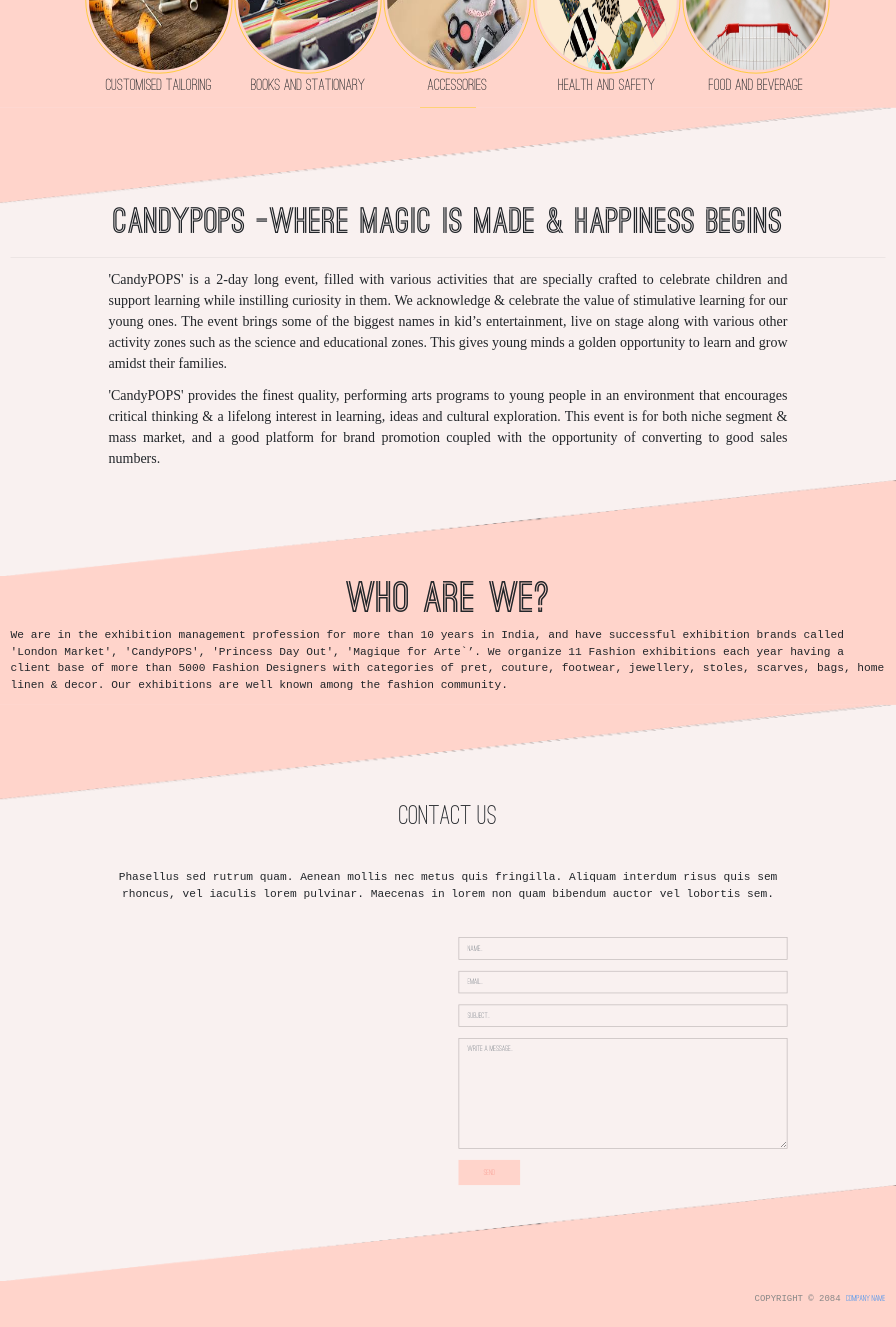
Repository: Demonster1999/newshoperrepo
Page: index.html
The author's editor kept a copy of each file at every save. The page is drawn from the files as they stood at one save, then again after a run of saves.
The browser window is 1280 px wide. The pictures show the part of the page from y = 2480 to 4400 px (the page is 4376 px tall before and 4400 px after), at 70% of full size.
Some web libraries are served in a nearby version.

Above is the page before, as saved 2020-07-21 15:53:19.
Console error: TypeError: Cannot read properties of null (reading 'getContext')

### index.html
<!DOCTYPE html>
<head>
	<meta charset="UTF-8">
	<title>London Market</title>
	<meta name="keywords" content="" />
	<meta name="description" content="" />
    <meta name="viewport" content="width=device-width, initial-scale=1.0">
    <!--
    	Roller Template
		http://www.london-market.com/preview/london-market_424_roller
	-->
	<link rel="stylesheet" href="https://fonts.googleapis.com/css2?family=Great+Vibes">
	<link href="http://fonts.googleapis.com/css?family=Open+Sans:300,400,700" rel="stylesheet" type="text/css">
	<!-- <link href="css/font-awesome.min.css" rel="stylesheet">FontAwesome Icons -->
	<link rel="stylesheet" href="https://cdnjs.cloudflare.com/ajax/libs/font-awesome/5.14.0/css/all.min.css"
		integrity="sha512-1PKOgIY59xJ8Co8+NE6FZ+LOAZKjy+KY8iq0G4B3CyeY6wYHN3yt9PW0XpSriVlkMXe40PTKnXrLnZ9+fkDaog=="
		crossorigin="anonymous" />
	<link rel="stylesheet" href="https://maxcdn.bootstrapcdn.com/bootstrap/4.0.0/css/bootstrap.min.css" integrity="sha384-Gn5384xqQ1aoWXA+058RXPxPg6fy4IWvTNh0E263XmFcJlSAwiGgFAW/dAiS6JXm" crossorigin="anonymous">
	<link rel="stylesheet" href="fonts/ostrich-sans.css">
	<link href="css/LondonMarket.css" rel="stylesheet" type="text/css">
	<link rel="stylesheet" href="css/into-to-app.css">
	<link rel="stylesheet" href="css/navbar.css">
	<link rel="stylesheet" href="css/carousel.css">

</head>
<body>
	<nav class="navbar custom-nav sticky-top p-0 m-0 ">
		<a class="navbar-brand mx-auto text-white" style="font-family: Great Vibes; font-size: 40px;" href="#">London Market</a>

	  </nav>

	<nav class="navbar third-nav navbar-expand-lg navbar-light bg-light">
		<div class="container">
			<button class="navbar-toggler navbar-toggler-icon" type="button" data-toggle="collapse" data-target="#navbarSupportedChontent"
			aria-controls="navbarSupportedContent" aria-expanded="false" aria-label="Toggle navigation">
			<span class=""></span>
		</button>


		<div class="collapse navbar-collapse" id="navbarSupportedContent">
			<ul class="navbar-nav  mr-auto text-center">

				<li class="nav-item">
					<a class=" " href="#">Register</a>
				</li>
				<li class="nav-item ">
					<a class="" href="#">login</a>
				</li>


		</div>
		<div class="  mr-auto ">
			<!-- social icons  -->
			<button class="fab fa-facebook-f"></button>
			<button class="fab fa-twitter"></button>
			<button class="fab fa-linkedin-in"></button>
			<button class="fab fa-instagram"></button>
			<button class="fab fa-youtube"></button>
		</div>
		</div>

	</nav>


	<!-- nav with dots  -->
	<nav class="nav">
        <ul>
            <li class="dot1 active" id="ec1" data-toggle="tooltip" data-placement="left" title="Tooltip on left"></li>
            <li class="dot2" id="ec2" data-toggle="tooltip" data-placement="left" title="Tooltip on left"></li>
            <li class="dot3" id="ec3"  data-toggle="tooltip" data-placement="left" title="Tooltip on left"></li>
			<li class="dot4" id="ec4"  data-toggle="tooltip" data-placement="left" title="Tooltip on left"></li>
			<li class="dot5" id="ec5"  data-toggle="tooltip" data-placement="left" title="Tooltip on left"></li>
			<li class="dot5" id="ec5"  data-toggle="tooltip" data-placement="left" title="Tooltip on left"></li>
        </ul>
    </nav>

		<section class="" id="home">
			<div id="demo" class="carousel slide" data-ride="carousel">
				<ul class="carousel-indicators">
					<li data-target="#demo" data-slide-to="0" class="active"></li>
					<li data-target="#demo" data-slide-to="1"></li>
					<li data-target="#demo" data-slide-to="2"></li>
					<!-- <li data-target="#demo" data-slide-to="3"></li> -->
				</ul>
				<div class="carousel-inner">
					<div class="carousel-item active">
						<img src="images/carousel/carousel1.jpg" alt="Los Angeles"   >
						<div class="carousel-caption">
							<h3>Los Angeles</h3>
							<p>We had such a great time in LA!</p>
						</div>
					</div>
					<div class="carousel-item">
						<img src="images/carousel/carousel4.jpg" alt="Chicago"  >
						<div class="carousel-caption">
							<h3>Chicago</h3>
							<p>Thank you, Chicago!</p>
						</div>
					</div>
					<div class="carousel-item">
						<img src="images/carousel/cp11.jpg" alt="Chicago" >
						<div class="carousel-caption">
							<h3>Chicago</h3>
							<p>Thank you, Chicago!</p>
						</div>
					</div>
					<!-- <div class="carousel-item">
						<img src="images/images/lmimages/Adobe_20200716_143015.png" alt="Chicago">
						<div class="carousel-caption">
							<h3>Chicago</h3>
							<p>Thank you, Chicago!</p>
						</div>
					</div> -->
					<!-- <div class="carousel-item">
						<img src="images/carousel/carousel3.jpg" alt="New York" class=" w-100" style="height: 300px; max-height: 500px;">
						<div class="carousel-caption">
							<h3>New York</h3>
							<p>We love the Big Apple!</p>
						</div>
					</div> -->
				</div>
				<a class="carousel-control-prev" href="#demo" data-slide="prev">
					<span class="carousel-control-prev-icon"></span>
				</a>
				<a class="carousel-control-next" href="#demo" data-slide="next">
					<span class="carousel-control-next-icon"></span>
				</a>
			</div>
		</section>

<section class=" intro-to-app container-fluid">
	<img src="images/tm-border-black-top.png" class="w-100 img-top" alt="">
	<div class="container-fluid text-center ">

		<img src="images/images/lmimages/lm.png" class="p-0 m-0" width=200px height="200px" alt="" >
		<h1 class="mx-auto  "> Get Shop-a-holic</h1>

		<hr>


		<div class="container ">
			<p class="lead text-justify">After a period of more than 10 successful years in exhibition management with a strong focus on the fashion and
			lifestyle industry, One Management International proudly brings to you yet another feather in its cap, ‘The London
			Market App’.
			The app is based on the simple concept of ‘Affordable Luxury’, where we strive to present creative and beautiful
			products from sellers across the world, through an intelligent and user-friendly app. We believe in the power of
			expressing oneself, as we aspire to showcase products and brands that stand apart. With our wide array of products
			ranging from clothing and accessories to home décor and furniture, we have something unique for everyone.
</p>
               <div class="row">
<div class="col-md-6 p-2 text-center">
	<a href="https://play.google.com/store/apps/details?id=com.prpwebs.londonmarket" class="h1"> <img src="images/logos/play store.png" class=" " width="160px" height="160px" alt="play">
		<center> Android</center>
	</a>
</div>
<div class="col-md-6 text-center">
	<a href="" class="h1"> <img src="images/logos/hiclipart.com.png" class=" " width="160px" height="160px" alt="app">
		<center>ios</center>
	</a>

</div>
			   </div>

		</div>
	</div>
	<img src="images/tm-border-black-bottom.png" class="w-100 imgbottom" alt="">
</section>


<section class="tm-dark-bg tm-section" id="portfolio">
			<div class="container-fluid">

<h1 style="font-weight: bold; font-size: 60px;" class="text-center"> The App Offers  </h1>
<div class="  row text-center mt-5 ">
	<div class="col-md-1"></div>
	<div class="col-md-2 text-center mt-5  ">
		<div class="tm-img-circle-border mx-auto ">
			<img src="images/category/display category/Women clothing.jpg" alt="Testimonial 1" class="img-circle tm-img-testimonial">
			<h4 class=" mt-2 "> Women clothing </h4>
		</div>
	</div>
	<div class="col-md-2 text-center mt-5 ">
		<div class="tm-img-circle-border mx-auto ">
			<img src="images/category/display category/children.jpg" alt="Testimonial 2" class="img-circle tm-img-testimonial">
			<h4 class=" mt-2 "> Children clothing</h4>
		</div>
	</div>
	<div class="col-md-2 text-center mt-5 ">
		<div class="tm-img-circle-border mx-auto ">
			<img src="images/category/display category/umens.jpeg" alt="Testimonial 3" class="img-circle tm-img-testimonial">
			<h4 class=" mt-2 "> Menswear </h4>
		</div>

	</div>
	<div class="col-md-2 text-center mt-5 ">
		<div class="tm-img-circle-border mx-auto ">
			<img src="images/category/display category/Jewellery.jpg" alt="Testimonial 4" class="img-circle tm-img-testimonial">
			<h4 class=" mt-2 "> Jewellery</h4>
		</div>
	</div>
	<div class="col-md-2 text-center mt-5 ">
		<div class="tm-img-circle-border mx-auto ">
			<img src="images/category/display category/Footwear.jpg" alt="Testimonial 5" class="img-circle tm-img-testimonial">
			<h4 class=" mt-2 "> foot wear </h4>
		</div>
	</div>
	<div class="col-md-1"></div>
</div>
<hr class="tm-author-name-underline mt-5">
<div class="  row text-center mt-5 ">
	<div class="col-md-1"></div>
	<div class="col-md-2 text-center mt54 ">
		<div class="tm-img-circle-border mx-auto ">
			<img src="images/category/display category/Decor & Linen.jpg" alt="Testimonial 1" class="img-circle tm-img-testimonial">
			<h4 class=" mt-2 "> Decor & Linen </h4>
		</div>
	</div>
	<div class="col-md-2 text-center mt-5 ">
		<div class="tm-img-circle-border mx-auto ">
			<img src="images/category/display category/Handicrafts.jpg" alt="Testimonial 2" class="img-circle tm-img-testimonial">
			<h4 class=" mt-2 "> Handicrafts </h4>
		</div>
	</div>
	<div class="col-md-2 text-center mt-5 ">
		<div class="tm-img-circle-border mx-auto  ">
			<img src="images/category/display category/Furniture.jpg" alt="Testimonial 3" class="img-circle tm-img-testimonial">
			<h4 class=" mt-2 "> Furniture</h4>
		</div>

	</div>
	<div class="col-md-2 text-center mt-5 ">
		<div class="tm-img-circle-border mx-auto ">
			<img src="images/category/display category/Beauty.jpg" alt="Testimonial 4" class="img-circle tm-img-testimonial">
			<h4 class=" mt-2 "> Beauty </h4>
		</div>
	</div>
	<div class="col-md-2 text-center mt-5 ">
		<div class="tm-img-circle-border mx-auto ">
			<img src="images/category/display category/Flowers & Gifting.jpg" alt="Testimonial 5" class="img-circle tm-img-testimonial">
			<h4 class=" mt-2 "> Flowers and Gifting </h4>
		</div>
	</div>
</div>
<hr class="tm-author-name-underline mt-5">
<div class="  row text-center mt-5 ">
	<div class="col-md-1"></div>
	<div class="col-md-2 text-center mt-5 ">
		<div class="tm-img-circle-border mx-auto ">
			<img src="images/category/display category/Customised Tailoring.jpg" alt="Testimonial 1" class="img-circle tm-img-testimonial">
			<h4 class=" mt-2 "> Customised Tailoring</h4>
		</div>
	</div>
	<div class="col-md-2 text-center mt-5 ">
		<div class="tm-img-circle-border mx-auto ">
			<img src="images/category/display category/books and stationary.jpg" alt="Testimonial 2" class="img-circle tm-img-testimonial">
			<h4 class=" mt-2 "> books and Stationary </h4>
		</div>
	</div>
	<div class="col-md-2 text-center mt-5 ">
		<div class="tm-img-circle-border mx-auto  ">
			<img src="images/category/display category/Accessories.jpg" alt="Testimonial 3" class="img-circle tm-img-testimonial">
			<h4 class=" mt-2 "> Accessories </h4>
		</div>

	</div>
	<div class="col-md-2 text-center mt-5 ">
		<div class="tm-img-circle-border mx-auto ">
			<img src="images/category/display category/health & safety.jpg" alt="Testimonial 4" class="img-circle tm-img-testimonial">
			<h4 class=" mt-2 "> Health and Safety </h4>
		</div>
	</div>
	<div class="col-md-2 text-center mt-5 ">
		<div class="tm-img-circle-border mx-auto ">
			<img src="images/category/display category/f&b.jpg" alt="Testimonial 5" class="img-circle tm-img-testimonial">
			<h4 class=" mt-2 "> Food and beverage </h4>
		</div>
	</div>
	<div class="col-md-1"></div>
</div>
<hr class="tm-author-name-underline mt-5">

					</div>
		</section> <!-- portfolio -->

<section class=" intro-to-app container-fluid">
	<img src="images/tm-border-black-top.png" class="w-100 img-top" alt="">
	<div class="container-fluid text-center ">

		<!-- <img src="images/images/lmimages/lm.png" class="p-0 m-0" width=200px height="200px" alt=""> -->
		<h1 class="mx-auto  "> CandyPOPS -Where Magic is made & Happiness begins </h1>

		<hr>


		<div class="container ">
			<p class="lead text-justify">'CandyPOPS' is a 2-day long event, filled with various activities that are specially crafted to celebrate children and
			support learning while instilling curiosity in them. We acknowledge & celebrate the value of stimulative learning for
			our young ones.
			The event brings some of the biggest names in kid’s entertainment, live on stage along with various other activity zones
			such as the science and educational zones. This gives young minds a golden opportunity to learn and grow amidst their
			families.
			</p>
			<p class="lead text-justify">'CandyPOPS' provides the finest quality, performing arts programs to young people in an environment that encourages
			critical thinking & a lifelong interest in learning, ideas and cultural exploration.
			This event is for both niche segment & mass market, and a good platform for brand promotion coupled with the opportunity
			of converting to good sales numbers.
			</p>



		</div>
	</div>
	<img src="images/tm-border-black-bottom.png" class="w-100 imgbottom" alt="">
</section>

<section class="tm-dark-bg tm-section" id="portfolio">
	<div class="container-fluid">

		<h1 style="font-weight: bold; font-size: 60px;" class="text-center"> Who are we? </h1>
		<div class="container">


		</div>
		<p>
			We are in the exhibition management profession for more than 10 years in India, and have successful exhibition brands
			called 'London Market', 'CandyPOPS', 'Princess Day Out', 'Magique for Arte`’. We organize 11 Fashion exhibitions each
			year having a client base of more than 5000 Fashion Designers with categories of pret, couture, footwear, jewellery,
			stoles, scarves, bags, home linen & decor. Our exhibitions are well known among the fashion community.
		</p>
	</div>

</section> <!-- portfolio -->

<section class="tm-section tm-orange-bg" id="contact" >
			<img src="images/tm-border-black-top.png" alt="Border" class="tm-border">
			<div class="container">
				<h1 class="text-uppercase text-center">Contact Us</h1>
				<p class="text-center margin-top-50">Phasellus sed rutrum quam. Aenean mollis nec metus quis fringilla. Aliquam interdum risus quis sem rhoncus, vel iaculis lorem pulvinar. Maecenas in lorem non quam bibendum auctor vel lobortis sem.</p>
				<div class="row margin-top-50">
					<div class="col-lg-6 col-md-6 col-sm-6 col-xs-12">
						<div id="map-canvas"></div>
					</div>
					<div class="col-lg-6 col-md-6 col-sm-6 col-xs-12">
						<form action="#" method="post" class="tm-contact-form">
							<div class="form-group">
								<input type="text" id="contact_name" class="form-control" placeholder="NAME..." />
							</div>
							<div class="form-group">
								<input type="text" id="contact_email" class="form-control" placeholder="EMAIL..." />
							</div>
							<div class="form-group">
								<input type="text" id="contact_subject" class="form-control" placeholder="SUBJECT..." />
							</div>
							<div class="form-group">
								<textarea id="contact_message" class="form-control" rows="8" placeholder="WRITE A MESSAGE..."></textarea>
							</div>
							<button type="submit" class="btn text-uppercase tm-dark-bg tm-orange-text tm-send-btn">Send</button>
						</form>
					</div>
				</div>
			</div>
			<img src="images/tm-border-black-bottom.png" alt="Border" class="tm-border">
		</section> <!-- contact -->


	<footer class="text-right tm-dark-bg">
		<p class="text-uppercase container small">Copyright &copy; 2084 <a href="#">Company Name</a></p>
	</footer>
	<script src="js/jquery-1.11.1.min.js" ></script>
	<!-- <script src="https://code.jquery.com/jquery-3.5.1.min.js"
		integrity="sha256-9/aliU8dGd2tb6OSsuzixeV4y/faTqgFtohetphbbj0=" crossorigin="anonymous"></script> -->
		<script src="https://cdnjs.cloudflare.com/ajax/libs/font-awesome/5.14.0/js/all.min.js"
			integrity="sha512-YSdqvJoZr83hj76AIVdOcvLWYMWzy6sJyIMic2aQz5kh2bPTd9dzY3NtdeEAzPp/PhgZqr4aJObB3ym/vsItMg=="
			crossorigin="anonymous"></script>
<script src="https://cdnjs.cloudflare.com/ajax/libs/popper.js/1.12.9/umd/popper.min.js" integrity="sha384-ApNbgh9B+Y1QKtv3Rn7W3mgPxhU9K/ScQsAP7hUibX39j7fakFPskvXusvfa0b4Q" crossorigin="anonymous"></script>
<script src="https://maxcdn.bootstrapcdn.com/bootstrap/4.0.0/js/bootstrap.min.js" integrity="sha384-JZR6Spejh4U02d8jOt6vLEHfe/JQGiRRSQQxSfFWpi1MquVdAyjUar5+76PVCmYl" crossorigin="anonymous"></script>
	<script src="js/LondonMarket.js"></script>
	<script src="js/scrollnav.js"></script>
</body>
</html>

### css/into-to-app.css
.intro-to-app{

    padding: 0;
    background-color:#F9F1F0;

}
.intro-to-app img{
    display: inline;
}
.intro-to-app h1{
    font-family: ostrich sans ;
    font-weight: bold;
    display: inline;
    font-size: 50px;

}
.intro-to-app p{
    font-family: hevletica;

}
.imgbottom{
    width: 200%;
    margin: 0;

    position: relative;

}

.img-top{
    margin: 0;
    position: relative;



}

### css/navbar.css
.custom-nav {
    background-color: #e2725b;

}
.custom-nav {
    color: #fff;
    font-size: 25px;

}

/* thirdnav  */
.third-nav a{
    color: black;
    font-family: 'Lucida Sans', 'Lucida Sans Regular', 'Lucida Grande', 'Lucida Sans Unicode', Geneva, Verdana, sans-serif;
    font-weight: bold;
    color: #e2725b;
}
.third-nav ul li{
    margin-left: 10%;
    margin-right: 10%;
}
.third-nav .fa-facebook-f,.fa-twitter,.fa-linkedin-in,.fa-instagram,.fa-youtube{
 margin-left: 5px;
  margin-right: 5px;
    color:#e2725b;

}

/* thirdnav end  */

.nav {
    position: fixed;
    top: 45%;
    bottom: 30%;
    right: 0;
	width: 60px;
	z-index: 50;
}

.nav ul {
	list-style: none;
}


.nav li {
    width: 10px;
	height: 10px;
	margin: 10px;
    border-radius: 100%;
    background-color: rosybrown;
    cursor: pointer;
    transition: .5s;
}

.dot1 {
    background-color: rgb(82, 43, 43);
}

.dot2 {
    background-color: rgb(24, 73, 44);
}

.dot3 {
    background-color: rgb(73, 58, 204);
}

.dot4 {
    background-color: rgb(58, 70, 31);
}

.active {
    box-shadow: 0 0 0 3px #fffffff1, 0 0 0 6px #000;
}

### css/carousel.css
#home .carousel-inner img {
    min-width: 100%;
    min-height: 320px;
    max-height: 500px;
    max-resolution: 0;
  }


  #home .carousel-inner .carousel-caption{
    position: absolute;
    font-size: 30px;
    background-color: rgba(0,0, 0, 0.3);
    width: 100%;
    margin: 0;
    left: 0;
    right: 0;
    height: 100%;
    top: 5px;

  }

    #home .carousel-inner .carousel-caption h3{
      position: relative;
      top: 40%;
      font-family:fantasy;

      font-size: 40px;
    }
    #home .carousel-inner .carousel-caption p{
      position: relative;
      top: 42%;
      font-family: Cambria, Cochin, Georgia, Times, 'Times New Roman', serif;

    }
    .carousel-control-prev,.carousel-control-next{
      z-index: 50;
    }

Loaded but not shown: fonts/ostrich-sans.css (common file); js/jquery-1.11.1.min.js (library); js/LondonMarket.js (359 lines, source omitted); js/scrollnav.js (48 lines, source omitted); css/LondonMarket.css (434 lines, source omitted)

After the next 2 saves:
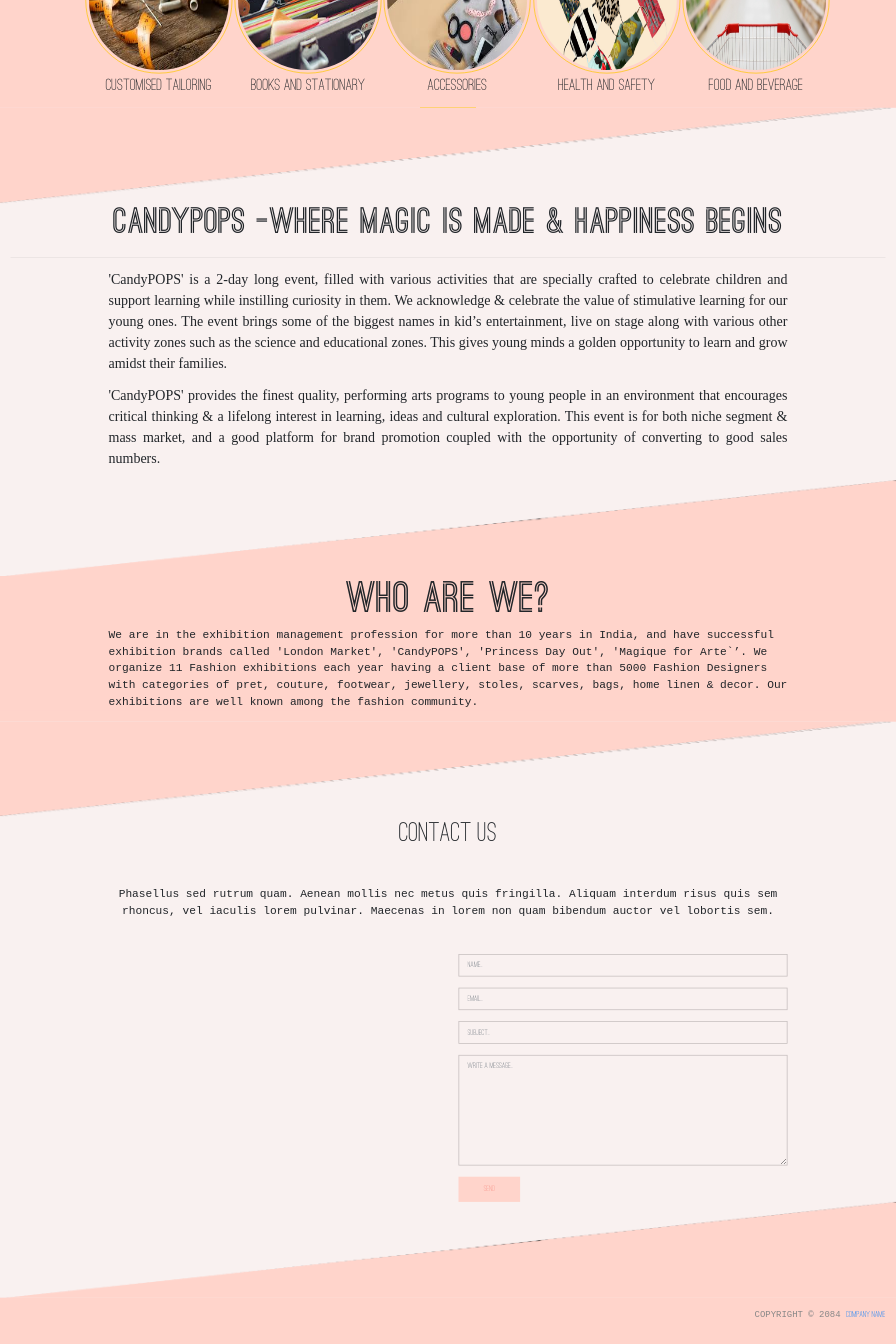
The 2 saves are shown as one change because they came seconds apart.
The last was saved 6 s later.
--- a/index.html
+++ b/index.html
@@ -318,15 +318,17 @@
 
 		<h1 style="font-weight: bold; font-size: 60px;" class="text-center"> Who are we? </h1>
 		<div class="container">
-
-
-		</div>
-		<p>
-			We are in the exhibition management profession for more than 10 years in India, and have successful exhibition brands
-			called 'London Market', 'CandyPOPS', 'Princess Day Out', 'Magique for Arte`’. We organize 11 Fashion exhibitions each
-			year having a client base of more than 5000 Fashion Designers with categories of pret, couture, footwear, jewellery,
-			stoles, scarves, bags, home linen & decor. Our exhibitions are well known among the fashion community.
-		</p>
+<p>
+	We are in the exhibition management profession for more than 10 years in India, and have successful exhibition
+	brands
+	called 'London Market', 'CandyPOPS', 'Princess Day Out', 'Magique for Arte`’. We organize 11 Fashion exhibitions
+	each
+	year having a client base of more than 5000 Fashion Designers with categories of pret, couture, footwear, jewellery,
+	stoles, scarves, bags, home linen & decor. Our exhibitions are well known among the fashion community.
+</p>
+
+		</div>
+
 	</div>
 
 </section> <!-- portfolio -->
